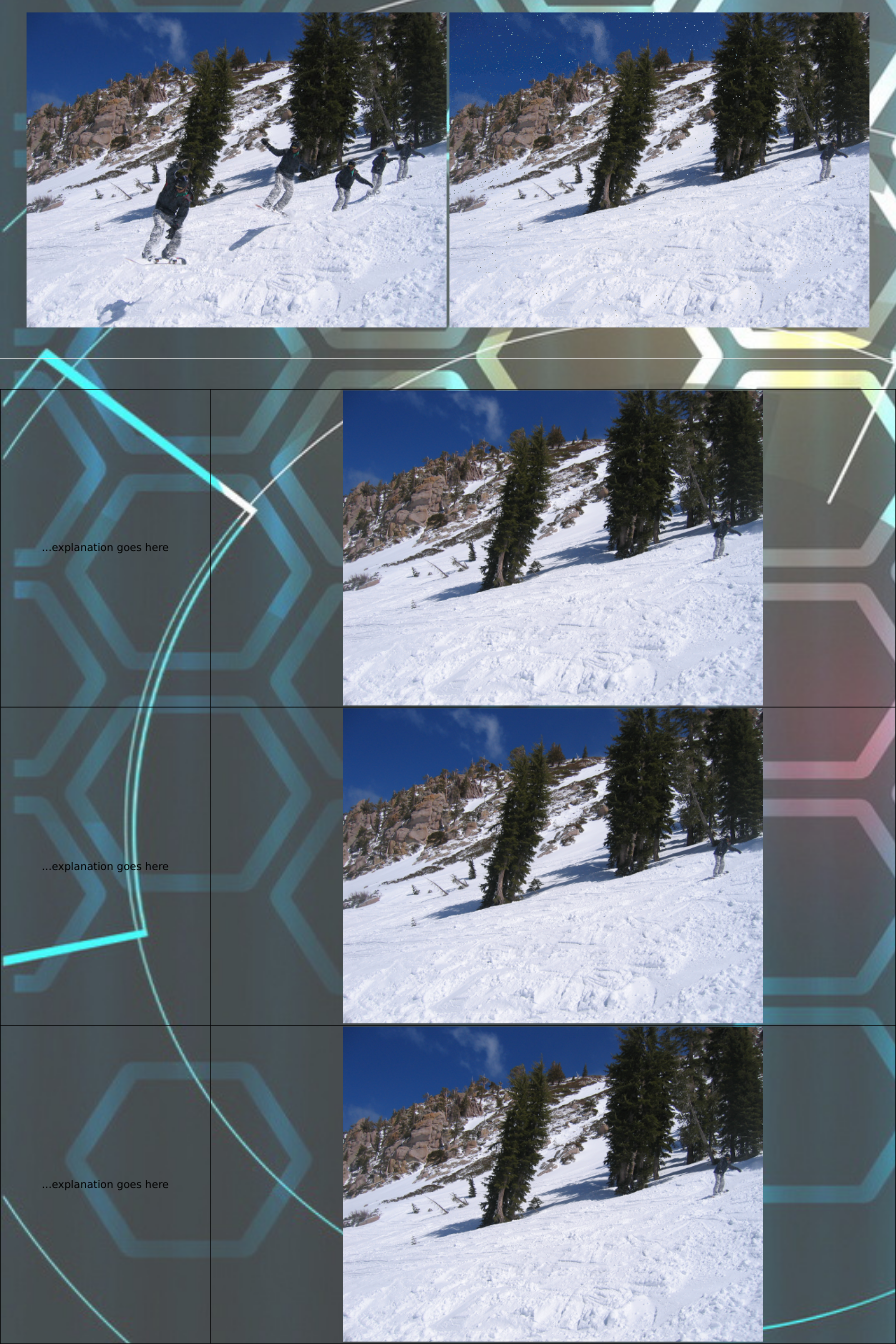
Repository: m-rabbit/b1_sukianto_code
Page: websites/MyInstructions/index.html
The author's editor kept a copy of each file at every save. The page is drawn from the files as they stood at one save, then again after the next save.
The browser window is 1280 px wide. The pictures show the part of the page from y = 924 to 2844 px (the page is 2844 px tall), at 70% of full size.

Above is the page before, as saved 2016-10-31 15:05:50.

After the next save:
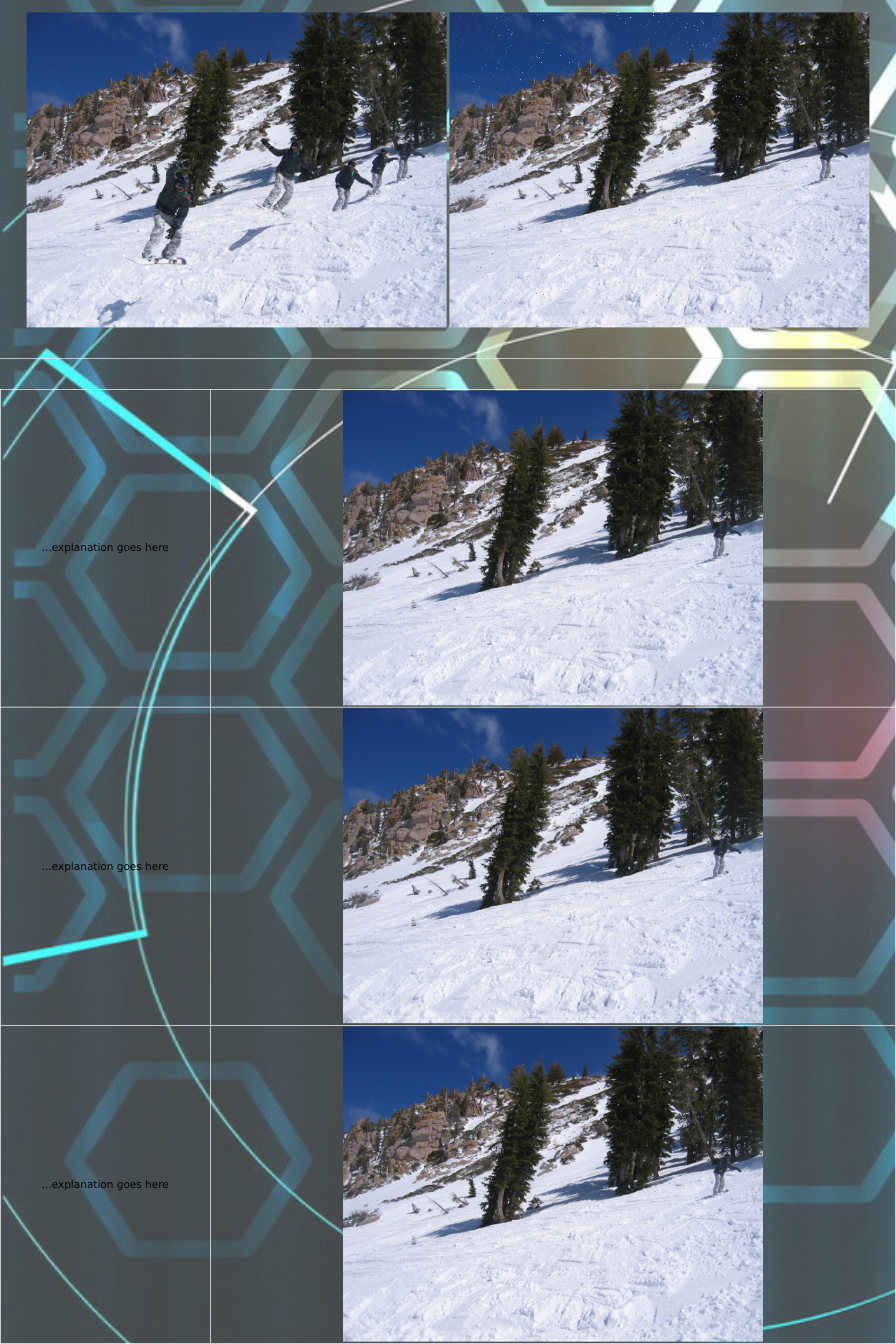
Saved 5 min 0 s later.
--- a/websites/MyInstructions/css/instructions.css
+++ b/websites/MyInstructions/css/instructions.css
@@ -37,5 +37,5 @@ h2 {
 
 }
 td {
-	border: solid black 1px;
+	border: solid white 1px;
 }
